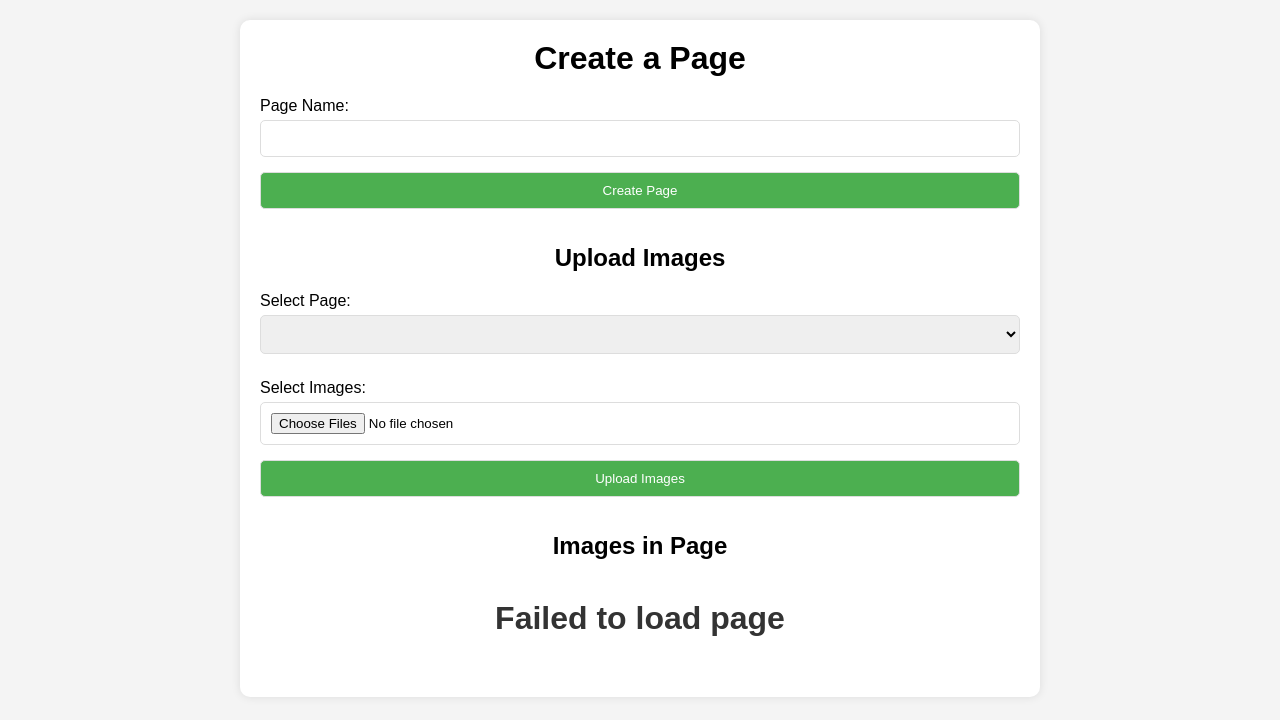
Repository: EphrahimLaanyu123/nffco-images
Page: html/index.html
These files come from the project's save history. The page is drawn as it stood at one moment and after the next save; the edit follows.
The browser window is 1280 px wide. The pictures show the whole page.
The page's requests for data from a server got no answer.

Above is the page before, as saved 2025-02-03 09:19:12.

After the next save:
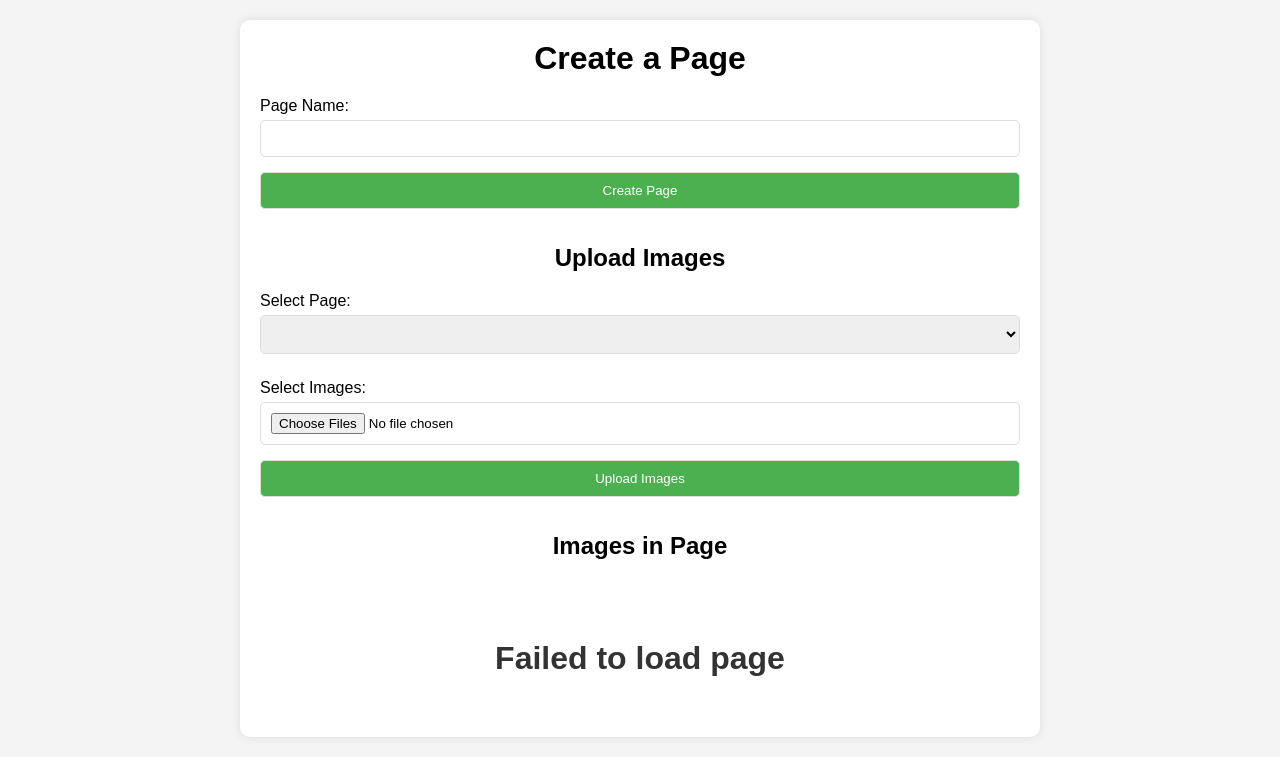
Saved 22 s later.
--- a/html/styles.css
+++ b/html/styles.css
@@ -94,3 +94,44 @@ form button:hover {
 .image-item:hover {
     transform: scale(1.05);
 }
+
+/* Style the container holding all the pages and images */
+#imagesContainer {
+    display: flex;
+    flex-direction: column;
+    gap: 20px; /* Adds space between each page's section */
+    padding: 20px;
+}
+
+/* Style each page section */
+.page-section {
+    padding: 15px;
+    border: 2px solid #ccc; /* Border around each page section */
+    border-radius: 8px;
+    background-color: #f9f9f9;
+    box-shadow: 0 4px 8px rgba(0, 0, 0, 0.1);
+}
+
+/* Style the page name (title) */
+.page-section h3 {
+    font-size: 24px;
+    margin-bottom: 10px;
+    color: #333;
+    font-weight: bold;
+}
+
+/* Style the images inside each page section */
+.page-section img {
+    max-width: 100%;
+    height: auto;
+    border: 1px solid #ddd; /* Border around each image */
+    border-radius: 8px;
+    margin: 10px 0;
+    box-shadow: 0 4px 6px rgba(0, 0, 0, 0.1);
+}
+
+/* Add hover effect for images */
+.page-section img:hover {
+    transform: scale(1.05);
+    transition: transform 0.3s ease;
+}
